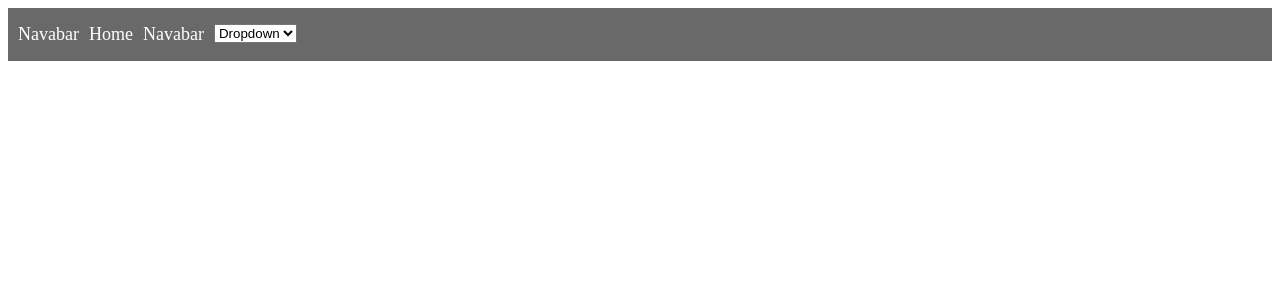
Repository: CryptoFamilyNFT/develhope
Page: html/svg.html
These files come from the project's save history. The page is drawn as it stood at one moment and after the next save; the edit follows.
The browser window is 1280 px wide. The pictures show the whole page.

Above is the page before, as saved 2024-10-31 14:08:03.

After the next save:
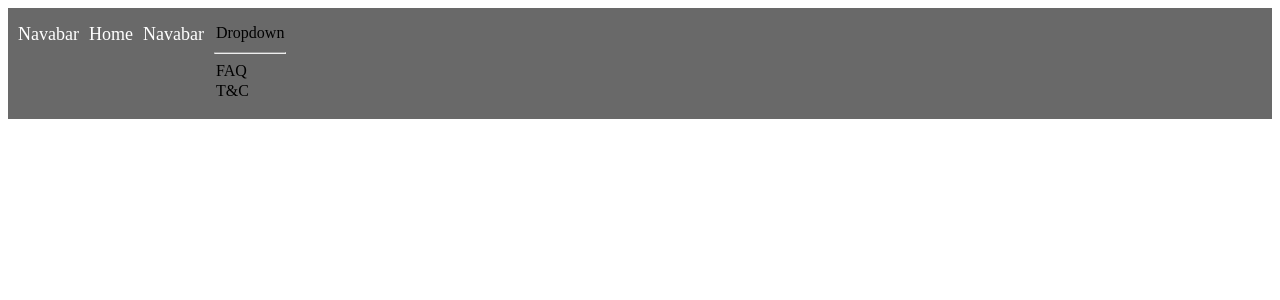
Saved 61 s later.
--- a/html/svg.html
+++ b/html/svg.html
@@ -34,7 +34,6 @@
 
     .dropdown {
         background-color: transparent;
-
     }
 </style>
 
@@ -60,12 +59,12 @@
                         </div>
                     </li>
                     <li>
-                        <select class"dropdown">
+                        <div class"dropdown">
                             <option class"dropdown" value="Dropdown">Dropdown</option>
                             <hr />
                             <option value="FAQ">FAQ</option>
                             <option value="T&C">T&C</option>
-                        </select>
+                        </div>
                     </li>
                 </ul>
             </div>

After the 4 saves that followed:
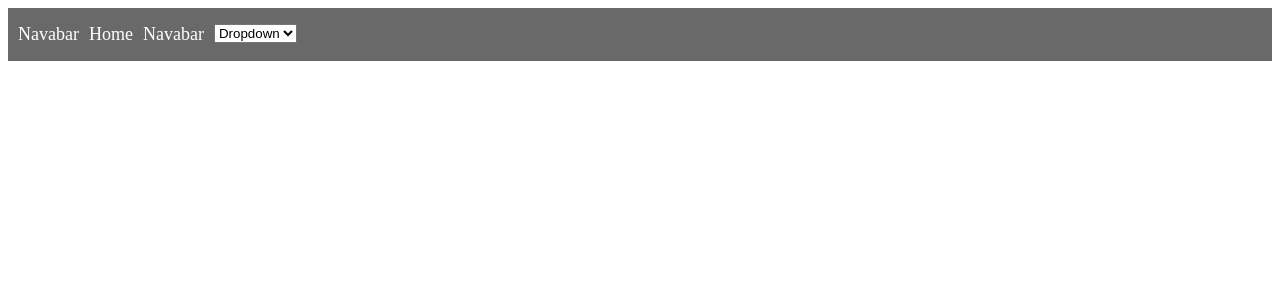
The 4 saves are shown as one change because 3 left the picture as it was.
The last was saved 6 min 39 s later.
--- a/html/svg.html
+++ b/html/svg.html
@@ -35,6 +35,10 @@
     .dropdown {
         background-color: transparent;
     }
+
+    dropdown.none {
+        appearance: none;
+    }
 </style>
 
 <body>
@@ -59,12 +63,12 @@
                         </div>
                     </li>
                     <li>
-                        <div class"dropdown">
+                        <select class"dropdown">
                             <option class"dropdown" value="Dropdown">Dropdown</option>
                             <hr />
                             <option value="FAQ">FAQ</option>
                             <option value="T&C">T&C</option>
-                        </div>
+                        </select>
                     </li>
                 </ul>
             </div>
